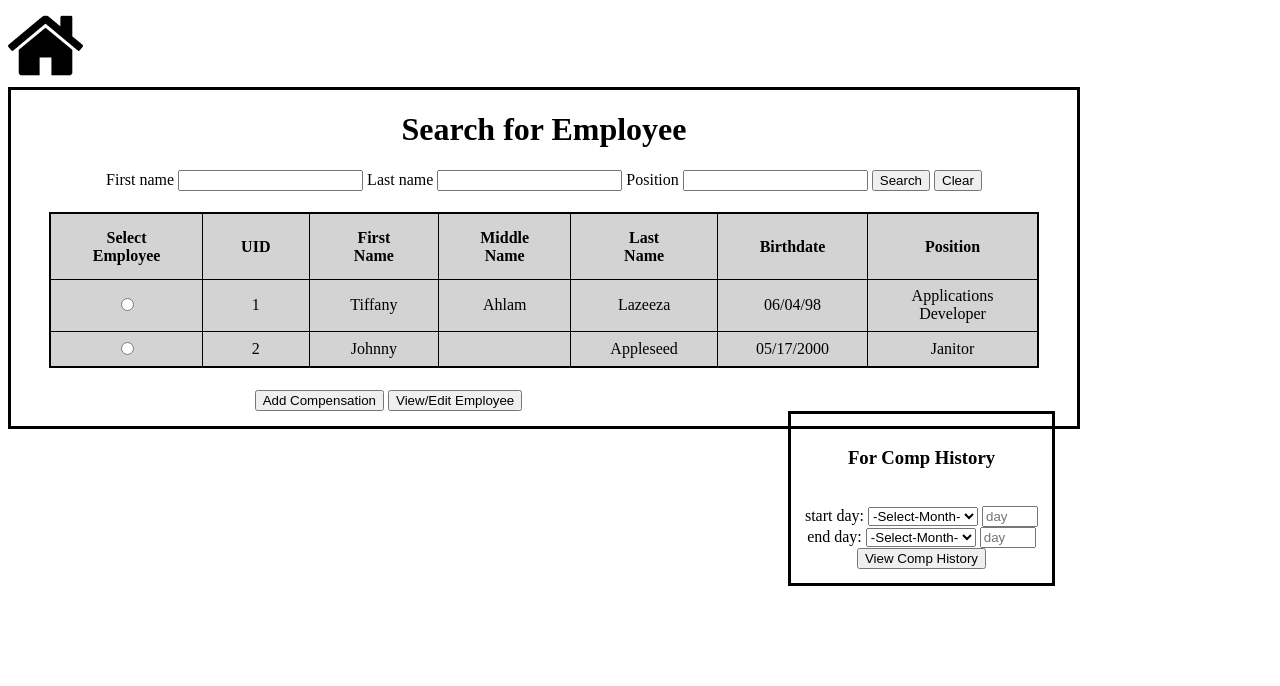
Repository: ticross18/SpringBootEmployeeSystem
Page: http://localhost/searchEmp
The author's editor kept a copy of each file at every save. The page is drawn from the files as they stood at one save, then again after the next save.
The browser window is 1280 px wide. The pictures show the whole page.
The page is this project's Thymeleaf template; nobody is signed in. The template is opened directly, without the code that normally fills it, so the values that code supplies are empty.

Above is the page before, as saved 2022-05-17 18:07:24.

### EmploymentSystem/src/main/resources/templates/searchEmp.html
<!DOCTYPE html>
<html>
<head>
	<title>Search for Employee</title>
	<meta charset="UTF-8">
	<meta name="viewport" content="width=device-width, initial-scale=1.0">
	<link href="css/screens.css" rel="stylesheet" type="text/css">
</head>
<body>

<a href="/"><img src="images/homeIcon2.png" id="homeButton" alt="home button"></a>

<div id="SearchEmpBox" >
	<h1 id="title">Search for Employee</h1>

	<form>
		<label for="fname">First name </label>
		<input type="text" id="fname" name="fname">
		<label for="lname">Last name  </label>
		<input type="text" id="lname" name="lname">
		<label for="position">Position</label>
		<input type="text" id="position" name="position">
		<button type="button" name ="search">Search</button>
		<button type="clear" name ="clear">Clear</button>
	</form>

	<table border=1  rules=rows id="results" >
		<tr>
			<th>Select Employee</th>
			<th>UID</th>
			<th>First Name</th>
			<th>Middle Name</th>
			<th>Last Name</th>
			<th>Birthdate</th>
			<th>Position</th>
		</tr>
		 <tr class="entries">
			<td><input type="radio" name="edit" class="editEmp"/></td>
			<td>1</td>
			<td>Tiffany</td>
			<td>Ahlam</td>
			<td>Lazeeza</td>
			<td>06/04/98</td>
			<td>Applications Developer</td>
		</tr>
		 <tr class="entries">
			<td><input type="radio" name="edit" class="editEmp"/></td>
			<td>2</td>
			<td>Johnny</td>
			<td></td>
			<td>Appleseed</td>
			<td>05/17/2000</td>
			<td>Janitor</td>
		</tr>

	</table>

     <button type="button" class="optionButtons" onclick="location.href = '#';"  id="addEmp" > Add Compensation </button>

     <button type="button" class="optionButtons" onclick="location.href = '#';" id="viewEditEmp"> View/Edit Employee </button>

	<div id="dateRange">
		<h3>For Comp History</h3><br>

		<label >start day:</label>
		    <select class='monthDropDown'>
			    <option selected value=''>-Select-Month-</option>
			    <option value='1'>January</option>
			    <option value='2'>February</option>
			    <option value='3'>March</option>
			    <option value='4'>April</option>
			    <option value='5'>May</option>
			    <option value='6'>June</option>
			    <option value='7'>July</option>
			    <option value='8'>August</option>
			    <option value='9'>September</option>
			    <option value='10'>October</option>
			    <option value='11'>November</option>
			    <option value='12'>December</option>
		    </select>
		    <input type="number"min="0" max="31" placeholder="day"/>

		    <br>

		<label>end day:</label>
		<select class='monthDropDown'>
		    <option selected value=''>-Select-Month-</option>
		    <option value='1'>January</option>
		    <option value='2'>February</option>
		    <option value='3'>March</option>
		    <option value='4'>April</option>
		    <option value='5'>May</option>
		    <option value='6'>June</option>
		    <option value='7'>July</option>
		    <option value='8'>August</option>
		    <option value='9'>September</option>
		    <option value='10'>October</option>
		    <option value='11'>November</option>
		    <option value='12'>December</option>
	    </select>
	    <input type="number"min="0" max="31" placeholder="day"/>
	     <br><button type="button" class="optionButtons" onclick="location.href = '#';" id="compHistory" > View Comp History </button>

	</div>


</div>
</body>
</html>

### EmploymentSystem/src/main/resources/static/css/screens.css
.container {
   display: flex;

}

#homeButton{
	width:75px;
	height:75px;
	position: relative;
}

.asterisk{
	color: red;
}

#addEmpBox {
	padding-left: 40vw;
	border: 3px solid rgb(0, 0, 0);
	padding-bottom: 15px;
}

#addEmpBox input {
	margin-bottom: 15px;
	padding: 2px;
}

#SearchEmpBox {
	border: 3px solid rgb(0, 0, 0);
	padding-bottom: 15px;
	margin-right: 15vw;
	text-align: center;
}

#userInput {
	display:inline-table;
}

#results {
	border: 2px solid black;
	margin: 10px;
	background-color: lightgrey;
	border-collapse: collapse;
	margin:  3vh 3vw;
}

#results th {
	padding: 2vh 3vw;
	border-left: 1px solid #000;
    border-right: 1px solid #000;
}

#results td {
	padding: 1vh 3vw ;
	border-left: 1px solid #000;
    border-right: 1px solid #000;

}

#finalEdit{
	text-align: left;
	position: left;
}

.optionButtons button{
	text-transform: uppercase;
	background-color: rgb(192, 192, 192);

	padding: 10px 5px;
	width:  auto ;
	float:right;
	position: sticky;

	margin-left: 13vw;

}

.optionButtons button:active {
  box-shadow: 0 5px #666;
  transform: translateY(4px);
}

.optionButtons button:hover {
  background-color: rgb(255, 255, 128);
  cursor: pointer;
}

#dateRange {
	border: 3px solid rgb(0, 0, 0);
	width:fit-content;
	margin: 3vh;
	padding: 2vh;
	float:right;
}



.monthDropDown {
	width:110px;
}


tr.entries:hover {
  background-color: white;
  cursor: pointer;
}

After the next save:
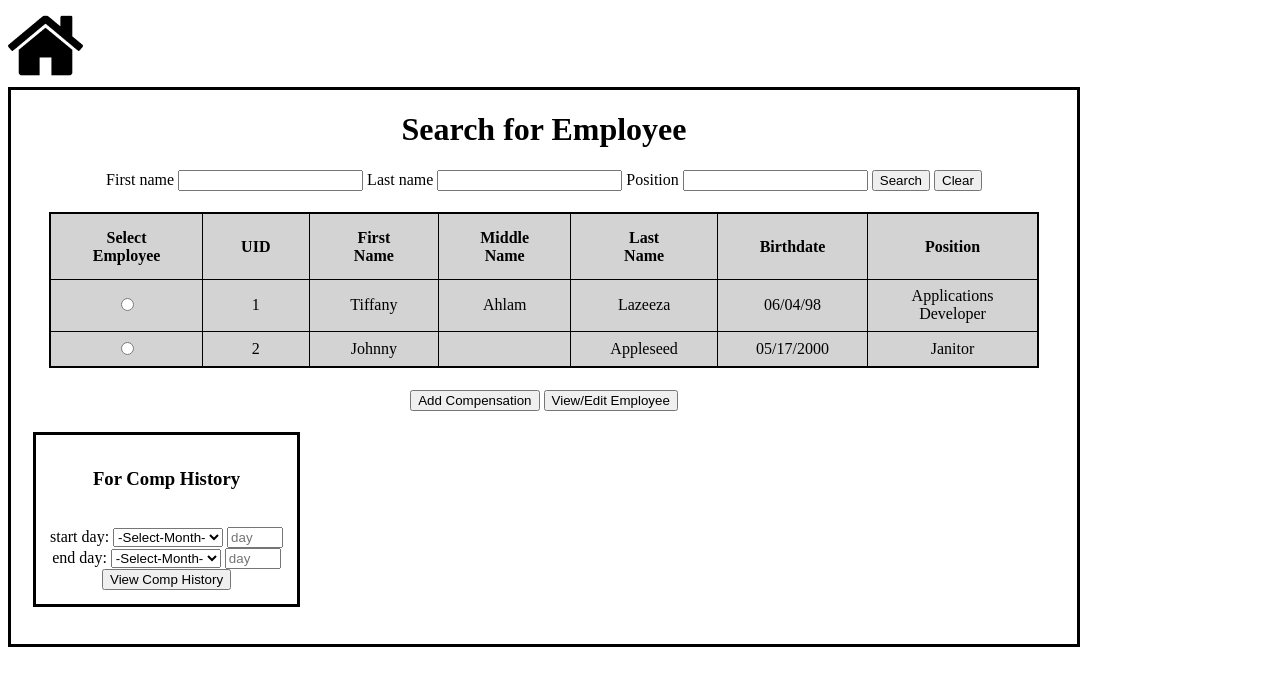
Saved 4 s later.
--- a/EmploymentSystem/src/main/resources/static/css/screens.css
+++ b/EmploymentSystem/src/main/resources/static/css/screens.css
@@ -89,7 +89,6 @@
 	width:fit-content;
 	margin: 3vh;
 	padding: 2vh;
-	float:right;
 }
 
 
